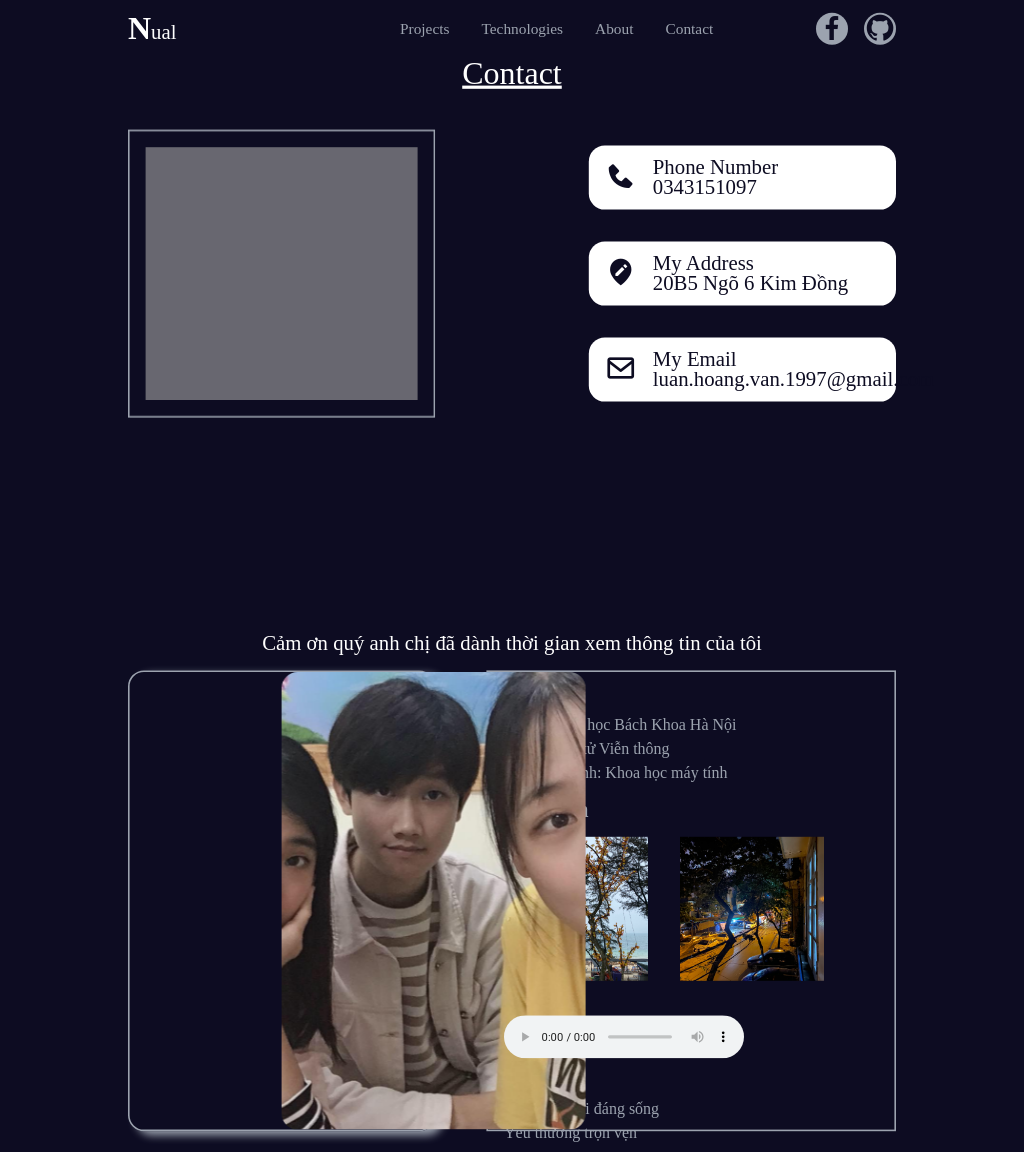
Repository: luanhoang0902/profile-react
Page: /Contact
An editor plug-in stored every save of this project. The page is shown before and after the next save, followed by the edit.
The browser window is 1280 px wide. The pictures show the whole page, at 80% of full size.
Pictures or frames that could not be fetched are drawn as grey boxes. The project was rebuilt for these pictures with package versions that can differ from the ones it lists, and the page was loaded fresh each time. Also part of the build but not shown: src/components/Intro.jsx, src/css/Projects.css, src/features/Projects.jsx, src/css/Technologies.css, src/features/Technologies.jsx, src/css/About.css, src/features/About.jsx.

Above is the page before, as saved 2022-05-22 20:18:31.

### public/index.html
<!DOCTYPE html>
<html lang="en">
  <head>
    <meta charset="utf-8" />
    <link rel="icon" href="%PUBLIC_URL%/favicon.ico" />
    <meta name="viewport" content="width=device-width, initial-scale=1" />
    <meta name="theme-color" content="#000000" />
    <meta
      name="description"
      content="Web site created using create-react-app"
    />
    <link rel="apple-touch-icon" href="%PUBLIC_URL%/logo192.png" />
    <!--
      manifest.json provides metadata used when your web app is installed on a
      user's mobile device or desktop. See https://developers.google.com/web/fundamentals/web-app-manifest/
    -->
    <link rel="manifest" href="%PUBLIC_URL%/manifest.json" />
    <!--
      Notice the use of %PUBLIC_URL% in the tags above.
      It will be replaced with the URL of the `public` folder during the build.
      Only files inside the `public` folder can be referenced from the HTML.

      Unlike "/favicon.ico" or "favicon.ico", "%PUBLIC_URL%/favicon.ico" will
      work correctly both with client-side routing and a non-root public URL.
      Learn how to configure a non-root public URL by running `npm run build`.
    -->
    <link rel="stylesheet"
    href="https://cdn.jsdelivr.net/npm/boxicons@latest/css/boxicons.min.css">
    <!-- or -->
    <link rel="stylesheet"
    href="https://unpkg.com/boxicons@latest/css/boxicons.min.css">
    <title>React App</title>
  </head>
  <body>
    <noscript>You need to enable JavaScript to run this app.</noscript>
    <div id="root"></div>
    <!--
      This HTML file is a template.
      If you open it directly in the browser, you will see an empty page.

      You can add webfonts, meta tags, or analytics to this file.
      The build step will place the bundled scripts into the <body> tag.

      To begin the development, run `npm start` or `yarn start`.
      To create a production bundle, use `npm run build` or `yarn build`.
    -->
  </body>
</html>

### src/App.js
import './App.css';
import Intro from './components/Intro';
import Header from './components/Header'
import { Route, Routes } from 'react-router-dom';
import Projects from './features/Projects';
import Technologies from './features/Technologies';
import About from './features/About';
import Contact from './features/Contact';
import Home from './components/Home';

function App() {
  return (
    <div className="App" style = {{background: '#0d0c22', color: '#fff',overflow: 'hidden'}}>
      {/* <Intro/> */}
      <Header/>
      <Routes>
        <Route path = '/' element = {<Intro/>} exact />
        <Route path = '/Projects' element = {<Projects/>} exact />
        <Route path = '/Technologies' element = {<Technologies/>} exact />
        <Route path = '/About' element = {<About/>} exact />
        <Route path = '/Contact' element = {<Contact/>} exact />
      </Routes>
      <Home/>
    </div>
  );
}

export default App;

### src/App.css
/* http://meyerweb.com/eric/tools/css/reset/
   v2.0 | 20110126
   License: none (public domain)
*/
* {
	box-sizing: border-box;
}

html, body, div, span, applet, object, iframe,
h1, h2, h3, h4, h5, h6, p, blockquote, pre,
a, abbr, acronym, address, big, cite, code,
del, dfn, em, img, ins, kbd, q, s, samp,
small, strike, strong, sub, sup, tt, var,
b, u, i, center,
dl, dt, dd, ol, ul, li,
fieldset, form, label, legend,
table, caption, tbody, tfoot, thead, tr, th, td,
article, aside, canvas, details, embed,
figure, figcaption, footer, header, hgroup,
menu, nav, output, ruby, section, summary,
time, mark, audio, video {
	margin: 0;
	padding: 0;
	border: 0;
	font-size: 100%;
	font: inherit;
	vertical-align: baseline;
}
/* HTML5 display-role reset for older browsers */
article, aside, details, figcaption, figure,
footer, header, hgroup, menu, nav, section {
	display: block;
}
body {
	line-height: 1;
}
ul {
	list-style: none;
}
blockquote, q {
	quotes: none;
}
blockquote:before, blockquote:after,
q:before, q:after {
	content: '';
	content: none;
}
table {
	border-collapse: collapse;
	border-spacing: 0;
}

### src/components/Header.jsx
import React, { useEffect, useRef } from "react";
import PropTypes from "prop-types";

import "../css/Header.css";
import { Link } from "react-router-dom";

Header.propTypes = {};

function Header(props) {
  const varHeader = useRef();

  useEffect(() => {
    window.addEventListener("scroll", (event) => {
      let scrollY = window.scrollY;
      scrollY > 180
        ? varHeader.current.classList.add("abc")
        : varHeader.current.classList.remove("abc");
    });
  }, []);

  return (
    <div className="header" ref={varHeader}>
      <div className="header__content">
        <div className="header__one"><Link to="/" style = {{textDecoration: "none", color:'var(--white)'}}>Nual</Link></div>
        <div className="header__two">
          <div>
            <Link to="/Projects" style = {{textDecoration: "none", color: 'var(--gray)'}}>Projects</Link>
          </div>
          <div>
            <Link to="/Technologies" style = {{textDecoration: "none", color: 'var(--gray)'}}>Technologies</Link>
          </div>
          <div>
            <Link to="/About" style = {{textDecoration: "none", color: 'var(--gray)'}}>About</Link>
          </div>
          <div>
            <Link to="/Contact" style = {{textDecoration: "none", color: 'var(--gray)'}}>Contact</Link>
          </div>
        </div>
        <div className="header__three">
          <a href="https://www.facebook.com/profile.php?id=100029577947626">
            <i class="bx bxl-facebook"></i>
          </a>
          <a href = 'https://github.com/luanhoang0902 '>
            <i class="bx bxl-github"></i>
          </a>
        </div>
      </div>
    </div>
  );
}

export default Header;

### src/features/Contact.jsx
import React, { useEffect, useRef } from "react";
import PropTypes from "prop-types";

import "../css/Contact.css";

Contact.propTypes = {};

const contacts = [
  {
    name: "Phone Number",
    infomation: "0343151097",
    icon: "bxs-phone",
  },
  {
    name: "My Address",
    infomation: "20B5 Ngõ 6 Kim Đồng",
    icon: "bxs-edit-location",
  },
  {
    name: "My Email",
    infomation: "luan.hoang.van.1997@gmail.com",
    icon: "bx-envelope",
  },
];

function Contact(props) {
    const imgContact = useRef()
    const img = useRef()
    useEffect(()=>{
        setTimeout(()=>{
            imgContact.current.style.opacity = "1";
            img.current.style.border = "2px solid var(--gray)";
        },4000)
    },[])
  return (
    <div className="contact">
      <u>Contact</u>
      <div className="contact-content">
        <div className="contact-img" ref = {img}>
            <img src = './contact.jpg'
                ref = {imgContact}
            />
            <div className="contact-img__left"></div>
            <div className="contact-img__top"></div>
            <div className="contact-img__right"></div>
            <div className="contact-img__bottom"></div>
        </div>
        <div className="contact-infomation">
          {contacts.map((contact) => (
            <div className="contact-box">
              <div>
                <i className={`bx ${contact.icon}`} />
              </div>
              <div>
                <b>{contact.name}</b>
                <p>{contact.infomation}</p>
              </div>
            </div>
          ))}
        </div>
      </div>
    </div>
  );
}

export default Contact;

### src/components/Home.jsx
import React from 'react';
import PropTypes from 'prop-types';

import "../css/Home.css"

Home.propTypes = {

};

function Home(props) {
    return (
        <div className="home">
            <span style={{fontSize: 26}}>Cảm ơn quý anh chị đã dành thời gian xem thông tin của tôi</span>
            <div className="home-content">
            <div className="home-image">
            <div className="home-image__img"><img src = './avatar.jpg'/></div>
            <div className="home-image__infomation"></div>
            </div>

            <div className="home-infomation">
                <div className="home-infomation__Education">
                    <span>Học vấn</span>
                    <p>Trường: Đại học Bách Khoa Hà Nội</p>
                    <p>Khoa: Điện tử Viễn thông</p>
                    <p>Chuyên ngành: Khoa học máy tính</p>
                </div>
                <div className="home-infomation__favorite">
                <span style={{fontSize: 30}}>Sở thích</span>
                <div>
                <b>Đi du lịch</b><br/>
                <img src = './coto.png'/>
                <img src = './hanoi.png'/>
                </div>
                <div>
                <b>Ca hát</b><br/>
                <audio src = './autotool.m4a' controls></audio>
                </div>
                <div>
                <b>Đọc sách</b>
                <p>Một cuộc đời đáng sống</p>
                <p>Yêu thương trọn vẹn</p>
                </div>
                </div>
                <div className="home-infomation__dream"></div>

            </div>
            </div>
        </div>
    );
}

export default Home;

### src/css/Intro.css
@import url(./variable.css);

.intro {
    position: fixed;

    height: 100vh;
    width: 100vw;
    background-color: var(--black);

    color: var(--white);
    text-align: center;
    line-height: 100vh;

    font-size: 60px;
    font-weight: 600;
    transition: all 2s ease-out;
    z-index: 100;
}
.up {
    transform: translateY(-100%);
    opacity: 0;
}
.intro  span {
    display: inline-block;
}
.text-1 {
    display: inline-block;

    height: 50px;
    width: 50px;
    background-color: white;

    border: 5px solid var(--white);
    border-radius: 50%;

    animation: up 2s  infinite linear;
}
.text-2 {
    animation: up 2s  infinite linear 0.25s;
}
.text-3 {
    animation: up 2s  infinite linear 0.5s;
}
.text-4 {
    animation: up 2s  infinite linear 0.75s;
}
.text-1 div {
    height: 30px;
    width: 30px;
    background-color: white;

    border: 10px solid var(--black);
    border-right: transparent solid 10px;
    border-radius: 50%;

    animation: xoay 5s  infinite linear;
}
/* .in {
    height: 20px;
    width: 20px;
    background-color: white;

    border-right: 10px solid var(--black);
    border-radius: 50%;
} */

@keyframes xoay {
    from {
        transform: rotate(0);
    }
    to{
        transform: rotate(360deg);
    }
}

@keyframes up {
    0% {
        transform: translateY(0px);
    }
    50% {
        transform: translateY(-20px);
    }
    100% {
        transform: translateY(0px);
    }
}

@keyframes non1 {
    to{
        transform: translateY(-100%);
    }
}

### src/css/Header.css
@import url(./variable.css);

.header {
    position: fixed;

    height: 10vh;
    width: 100vw;

}
.abc {
    background-color: var(--black)
}
.header__content {
    display: flex;

    height: 100%;
    width: 75vw;

    margin: 0 auto;
}
.header__content div {
    height: 100%;
    width: 25vw;

    line-height: 10vh;
}
.header__one {
    font-size: 26px;
}
.header__one::first-letter {
    font-size: 40px;
    font-weight: 600;
}
.header__two {
    display: flex;
}
.header__two div {
    color: var(--gray);
    font-size: 1.2rem;

    transition: all 0.5s ease;
    margin: 0 20px;
}
.header__two div:hover {
    color: var(--white);
    transform: scale(1.2);
    cursor: pointer;
}
.header__three div:hover {
    background-color: var(--white);
    transform: scale(1.2);
    cursor: pointer;
}
.header__three {
    display: flex;
    align-items: center;
    justify-content: flex-end;
}
.header__three a {
    height: 40px;
    width: 40px;
    background-color: var(--gray);

    border-radius: 50%;
    margin-left: 20px ;

    color: var(--black);
    font-size: 40px;
    text-align: center;
    line-height:40px;

}

### src/css/Contact.css
.contact {

    height: 100vh;
    width: 75vw;


    margin: 0 auto;
    padding-top: 10vh;

    text-align: center;

    font-size: 26px;
}
.contact u {
    font-size: 40px;
}
.contact-content {
    display: flex;
    margin-top: 50px;
    justify-content: space-between;
}
.contact-img {
    position: relative;
    height: 50vh;
    width: 30vw;
    padding: 20px;

}
.contact-img img {
    height: 100%;
    width: 100%;
    object-fit: cover;

    opacity: 0;

    transition: opacity 4s ease-out;
}
.contact-img__left {
    position: absolute;
    bottom: 0;
    left: 0;
    height:0;
    width: 5px;
    background-color:var(--gray);

    animation: avtHeight 1s 1 linear;
}
.contact-img__top {
    position: absolute;
    top: 0;
    left: 0;
    height: 5px;
    width: 0;
    background-color:var(--gray);

    animation: avtWigth 1s 1 linear 1s;
}
.contact-img__right {
    position: absolute;
    top: 0;
    right: 0;
    height: 0;
    width: 5px;
    background-color:var(--gray);

    animation: avtHeight 1s 1 linear 2s;
}
.contact-img__bottom{
    position: absolute;
    bottom: 0;
    right: 0;
    height: 5px;
    width: 0;
    background-color:var(--gray);

    animation: avtWigth 1s 1 linear 3s;
}
.contact-infomation {
    display: flex;
    flex-direction: column;
    justify-content: space-around;
}
.contact-box {
    display: flex;
    align-items: center;
    height: 80px;
    width:30vw;

    background-color: var(--white);

    color: var(--black);
    text-align: left;
    padding: 20px;

    border-radius: 20px;
}
.contact-box i{
    padding-right: 20px;
    font-size: 40px;
}

@keyframes avtWigth {
    to {
        width: 100%;
    }
}
@keyframes avtHeight {
    to {
        height: 100%;
    }
}

### src/css/Home.css
.home {
    height: 100vh;
    width: 75vw;


    margin: 0 auto;
    padding-top: 10vh;
    text-align: center;
}
.home-content {
    display: flex;
    justify-content: space-between;

    margin-top: 20px;
}
.home-image{
    position: relative;
    height: 80vh;
    width: 30vw;

    border-radius: 20px;
    border: 2px solid var(--gray);
    box-shadow: 10px 5px 10px var(--gray);

}
.home-image img {
    height: 100%;
    width: 100%;

    border-radius: 20px;
    object-fit: cover;
    transition: all 0.5s ease-in-out;
}
.home-image img, .ok {
    position: absolute;
    width: 100%;
    height: 100%;
    -webkit-backface-visibility: hidden;
    backface-visibility: hidden;
}
.ok{
    position: absolute;
    top: 0;
    left: 0;
    height: 80vh;
    width: 30vw;
    background-color: red;
    transform: rotateY(180deg);
}
.home-image img:hover {
    transform: rotateY(180deg);
}
.home-infomation {
    height: 80vh;
    width: 40vw;

    border: 2px solid var(--gray);

    color: var(--gray);
    font-size: 20px;
    text-align: left;
    padding: 20px;

}
.home-infomation span {
    font-size: 26px;
    font-weight: 600;
}
.home-infomation p {
    padding-top: 10px;
}
.home-infomation b {

}
.home-infomation div {
    margin-bottom: 20px;
}
.home-infomation__favorite img {
    height:180px;
    width:180px;

    object-fit: cover;
    margin-right: 40px;
}

### src/css/variable.css
:root {
    --black: #0d0c22;
    --white: white;
    --gray: #9ca3af;
}

Loaded but not shown: src/index.js (common file)

After the next save:
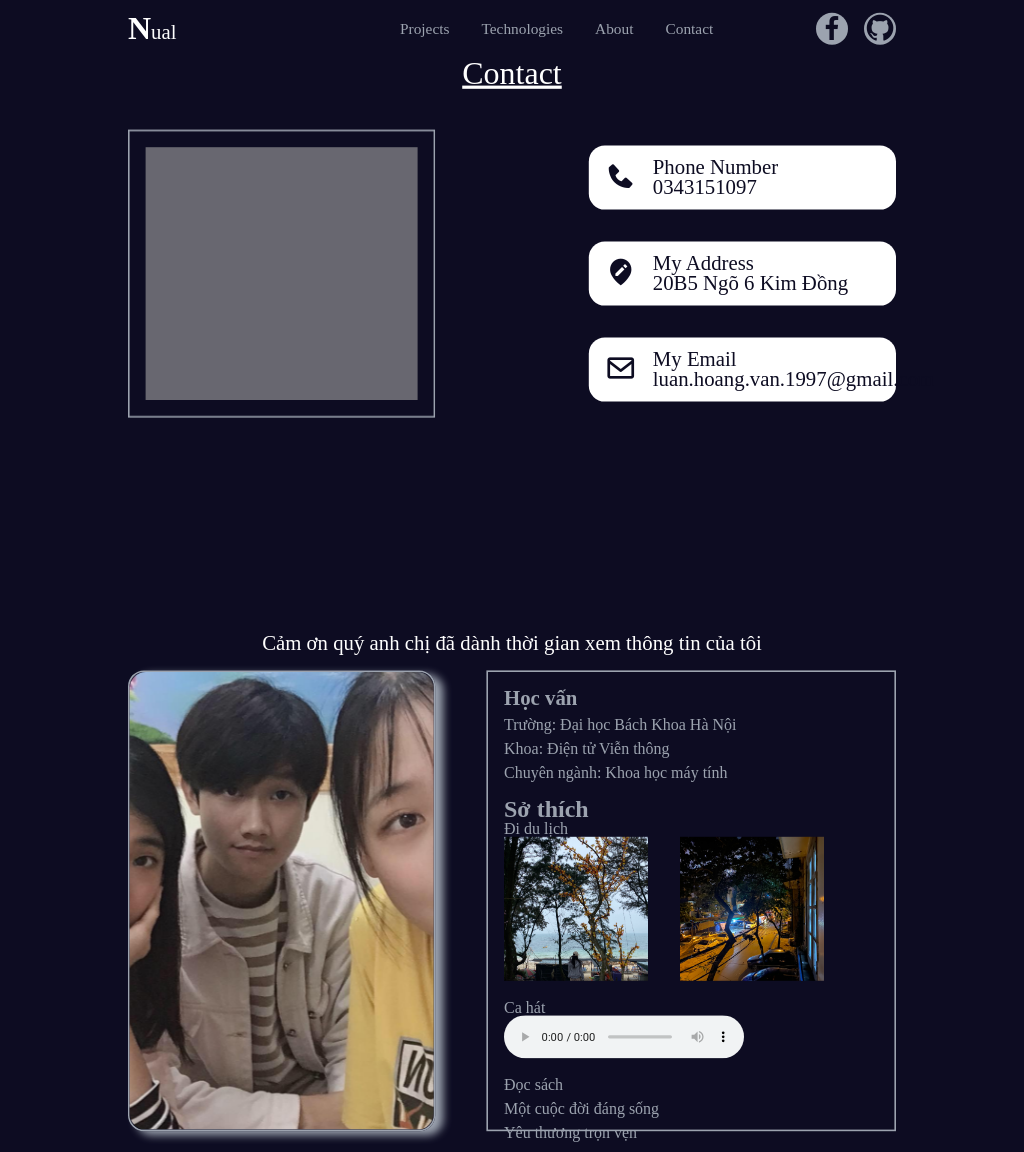
Saved 24 s later.
--- a/src/css/Home.css
+++ b/src/css/Home.css
@@ -23,7 +23,7 @@
     box-shadow: 10px 5px 10px var(--gray);
 
 }
-.home-image img {
+.home-image__img img {
     height: 100%;
     width: 100%;
 
@@ -31,7 +31,7 @@
     object-fit: cover;
     transition: all 0.5s ease-in-out;
 }
-.home-image img, .ok {
+.home-image__img, .ome-image__infomation {
     position: absolute;
     width: 100%;
     height: 100%;
